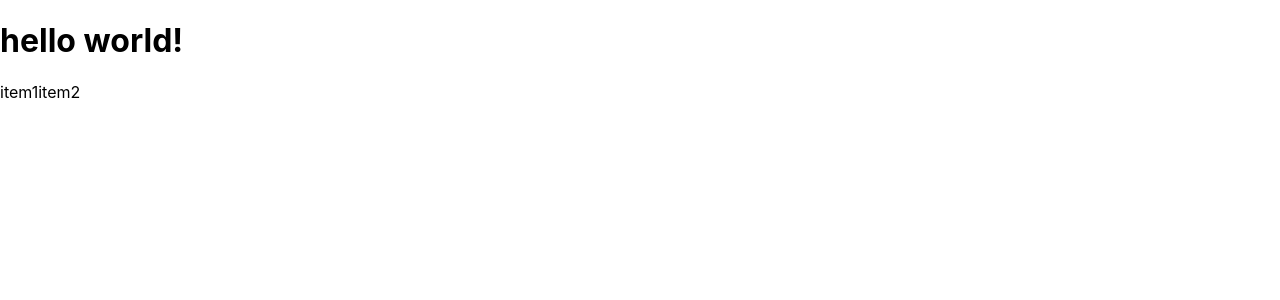
Repository: Criiis/ToDoWithReact
Page: /
The author's editor kept a copy of each file at every save. The page is drawn from the files as they stood at one save, then again after a run of saves.
The browser window is 1280 px wide. The pictures show the whole page.
The project was rebuilt for these pictures with package versions that can differ from the ones it lists, and the page was loaded fresh each time.

Above is the page before, as saved 2021-01-05 16:30:51.

### src/App.js
import React from 'react';



function App() {


  let data = [
    {
      "item": "item1",
      "status": "uncomplete",
      "registration": new Date('2021-03-03'),
    },
    {
      "item": "item2",
      "status": "complete",
      "registration": new Date('2021-06-03')
    }
  ];




  localStorage.setItem('itemsToDo', JSON.stringify(data));
  let getLocalArray = localStorage.getItem('itemsToDo');
  let  transformArrayInJson= JSON.parse(getLocalArray);

  console.log(transformArrayInJson)

  // token.map( merda => (
  //   console.log(merda)
  // ))


const doubled = transformArrayInJson.map((item) => item.item);
console.log(doubled);





  return (
    <>
    <h1>hello world!</h1>
    {
      transformArrayInJson.map((item) => (
        item.item
      ))
    }
    </>
  );
}

export default App;

Loaded but not shown: public/index.html (common file); src/index.js (common file); src/index.css (common file); src/reportWebVitals.js (common file)

After the next 4 saves:
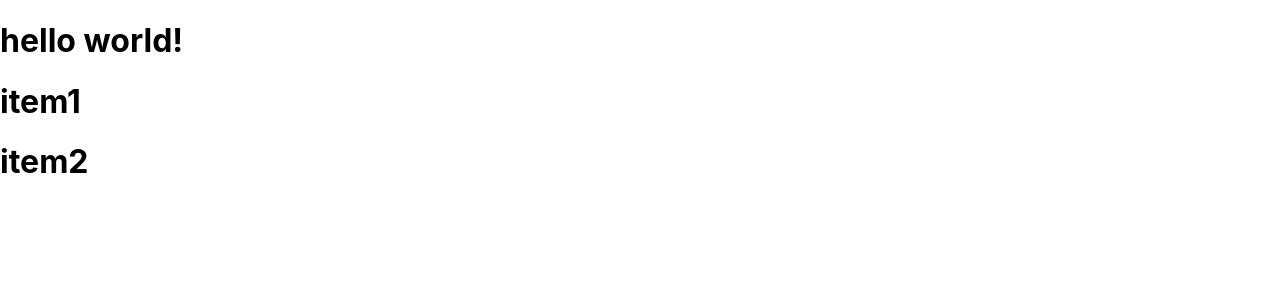
The 4 saves are shown as one change because 1 did not build or start and some came seconds apart.
The last was saved 17 s later.
--- a/src/App.js
+++ b/src/App.js
@@ -44,7 +44,7 @@ console.log(doubled);
     <h1>hello world!</h1>
     {
       transformArrayInJson.map((item) => (
-        item.item
+        <h1>{item.item}</h1>
       ))
     }
     </>
